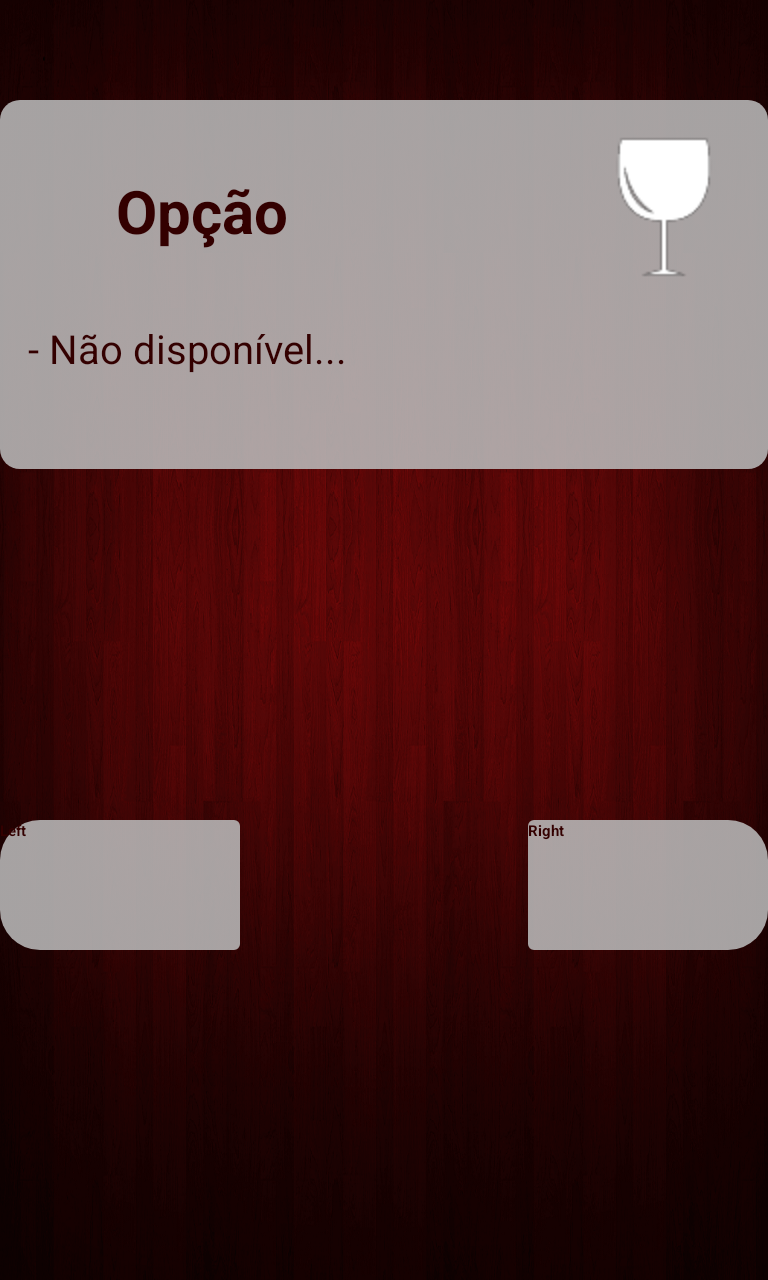
Repository: LuisFilipeDias/eMenu
Layout: SideMenuTutorial/res/layout/display_fragment.xml
These files come from the project's save history. The layout is drawn as it stood at one moment and after the next save; the edit follows.
It is drawn on a 768 x 1280 px phone screen (xhdpi) without system bars, with theme Theme.Sherlock; the app's code is not run.

Above is the layout before, as saved 2013-12-23 19:04:40.

### SideMenuTutorial/res/layout/display_fragment.xml
<LinearLayout xmlns:android="http://schemas.android.com/apk/res/android"
    xmlns:tools="http://schemas.android.com/tools"
    android:id="@+id/scrollView1"
    android:layout_width="match_parent"
    android:layout_height="match_parent"
	android:layout_marginLeft="15dp"
	android:layout_marginRight="15dp"
    android:orientation="vertical"
    android:background="@drawable/back_a"
    tools:context=".MainActivity" >

	<ScrollView
	    android:layout_width="match_parent"
	    android:layout_height="match_parent" >


    <RelativeLayout
        android:layout_width="match_parent"
        android:layout_height="match_parent">

	    <ScrollView
            android:id="@+id/display_scroll"
	        android:layout_width="match_parent"
	        android:layout_height="380dp" >

            <RelativeLayout
                android:id="@+id/display_ll_1"
                android:layout_width="match_parent"
                android:layout_height="wrap_content"
                android:layout_marginBottom="100dp"
                android:layout_marginTop="50dp"
                android:background="@drawable/center_clicked"
                android:orientation="vertical" >

                <TextView
                    android:id="@+id/bogus_ttl"
                    android:layout_width="202dp"
                    android:layout_height="wrap_content"
                    android:layout_marginBottom="20dp"
                    android:layout_marginTop="35dp"
                    android:layout_alignParentLeft="true"
                    android:gravity="center_horizontal|center_vertical"
                    android:text="@string/bogus_ttl"
                    android:textAppearance="?android:attr/textAppearanceLarge"
                    android:textColor="@color/brown"
                    android:textSize="30sp"
                    android:textStyle="bold" />

                <TextView
                    android:id="@+id/icon_title"
                    android:layout_width="75dp"
                    android:layout_height="75dp"
                    android:layout_alignParentRight="true"
                    android:layout_marginTop="15dp"
                    android:layout_marginRight="15dp"
                    android:background="@drawable/drink"
                    android:gravity="center_horizontal|center_vertical"
                    android:textAppearance="?android:attr/textAppearanceLarge"
                    android:textColor="@color/brown"
                    android:textSize="30sp"
                    android:textStyle="bold" />

                <RelativeLayout
                    android:id="@+id/disp_rel2"
                    android:layout_width="match_parent"
                    android:layout_height="wrap_content"
                    android:layout_marginTop="15dp"
                    android:orientation="vertical"
                    android:layout_below="@+id/bogus_ttl" >

                    <TextView
                        android:id="@+id/bogus_txt"
                        android:layout_width="wrap_content"
                        android:layout_height="wrap_content"
                        android:layout_alignParentLeft="true"
                        android:layout_alignParentTop="true"
                        android:layout_marginLeft="14dp"
                        android:maxWidth="230dp"
                        android:text="@string/bogus_txt"
                        android:textAppearance="?android:attr/textAppearanceLarge"
                        android:textColor="@color/brown"
                        android:textSize="20sp" />

                    <TextView
                        android:id="@+id/bogus_price"
                        android:layout_width="wrap_content"
                        android:layout_height="wrap_content"
                        android:layout_alignParentRight="true"
                        android:layout_alignParentTop="true"
                        android:layout_marginRight="14dp"
                        android:gravity="center_horizontal"
                        android:text="@string/bogus_price"
                        android:textAppearance="?android:attr/textAppearanceLarge"
                        android:textColor="@color/brown"
                        android:textSize="20sp"
                        android:textStyle="bold" />
                </RelativeLayout>
            </RelativeLayout>
    	</ScrollView>

	        <RelativeLayout
	            android:layout_marginTop="30dp"
	            android:layout_width="match_parent"
	            android:layout_height="match_parent"
	            android:layout_alignParentBottom="true"
	            android:layout_below="@+id/display_scroll" >

	            <Button
	                android:id="@+id/right_button"
	                android:text="@string/right_btn_txt"
                    android:textColor="@color/brown"
	                android:textStyle="bold"
	                android:layout_width="120dp"
	                android:layout_height="65dp"
	                android:background="@drawable/right_tri_clicked"
	                android:orientation="vertical"
	                android:layout_alignParentRight="true"
	                android:onClick="rightClicked" >
	            </Button>

	            <Button
	                android:id="@+id/left_button"
	                android:text="@string/left_btn_txt"
                    android:textColor="@color/brown"
	                android:textStyle="bold"
	                android:layout_width="120dp"
	                android:layout_height="65dp"
	                android:background="@drawable/left_tri_clicked"
	                android:orientation="vertical"
	                android:layout_alignParentLeft="true"
	                android:onClick="leftClicked" >
	            </Button>
        	</RelativeLayout>
    </RelativeLayout>
    </ScrollView>

</LinearLayout>

### SideMenuTutorial/res/drawable/center_clicked.xml
<?xml version="1.0" encoding="utf-8"?>
<selector xmlns:android="http://schemas.android.com/apk/res/android">
<!-- Button Focused-->
    <item   android:state_focused="true"
            android:state_pressed="false"
            android:drawable="@drawable/center_bg"
            />
<!-- Button Focused Pressed-->
    <item   android:state_focused="true"
            android:state_pressed="true"
            android:drawable="@drawable/center_bg"
            />
<!-- Button Pressed-->
    <item   android:state_focused="false"
            android:state_pressed="true"
            android:drawable="@drawable/center_bg"
            />
<!-- Button Default Image-->
    <item   android:drawable="@drawable/center_hover"/>

</selector>

### SideMenuTutorial/res/values/strings.xml
<?xml version="1.0" encoding="utf-8"?>
<resources>


    <string name="drawer_close">drawer_close</string>
    <string name="drawer_open">drawer_open</string>
    <string name="title_activity_fetch_database">title_activity_fetch_database</string>
    <string name="title_activity_main">Escolher Restaurante</string>
    <string name="title_activity_display">Escolher Opção</string>
    <string name="title_activity_menu">Restaurantes</string>
    <string name="title_display_activity">Escolher</string>
    <string name="action_settings">action_settings</string>
    <string name="Fragment1">Fragment1</string>
    <string name="Fragment2">Fragment2</string>
    <string name="Fragment3">Fragment3</string>
    <string name="hello_world">Hello</string>
    <string name="Fragment1">Fragment1</string>
    <string name="menu_settings">Definições</string>

    <string name="menu_txt">Menus</string>
    <string name="entry_txt">Entradas</string>
    <string name="meat_txt">Pratos de Carne</string>
    <string name="fish_txt">Pratos de peixe</string>
    <string name="others_txt">Outros Pratos</string>
    <string name="deserts_txt">Sobremesas</string>
    <string name="drinks_txt">Bebidas</string>

    <string name="app_name">eMenu</string>
    <string name="carte_ttl">Ementas</string>
    <string name="info_ttl">Informações</string>

    <string name="resumee_ttl">Resumo:</string>
    <string name="resumee_txt">.    Não definido    </string>
    <string name="website_ttl">Website:</string>
    <string name="website_txt">.    Não definido    </string>
    <string name="location_ttl">Localização:</string>
    <string name="location_txt">.    Não definido    </string>
    <string name="contacts_ttl">Contactos:</string>
    <string name="phone_txt">- Telefones -</string>
    <string name="email_txt">- Emails -</string>

    <string name="bogus_ttl">Opção</string>
    <string name="bogus_txt"> - Não disponível...\n\n</string>
    <string name="bogus_price"> </string>

    <string name="left_btn_txt">Left</string>
    <string name="right_btn_txt">Right</string>
</resources>

### SideMenuTutorial/res/values/colors.xml
<?xml version="1.0" encoding="utf-8"?>
<resources>
        <color name="background_color">#888888</color>
        <color name="text_color">#00FFFF</color>
        <color name="random_color">#0000FF</color>
        <color name="light_grey">#EBEBEB</color>
        <color name="medium_grey">#A0A0A0</color>
        <color name="dark_grey">#646464</color>
        <color name="light_red">#FFE2E2</color>
        <color name="medium_red">#FFB4B4</color>
        <color name="light_blue">#E2E2FF</color>
        <color name="medium_blue">#B4B4FF</color>
        <color name="dark_blue">#0000FF</color>
        <color name="light_green">#E2FFE2</color>
        <color name="medium_green">#B4FFB4</color>
        <color name="emenu_color">#9F9F9F</color>
        <color name="light_orange">#FFC983</color>
        <color name="medium_orange">#FFB778</color>
        <color name="light_yellow">#FFFFBF</color>
        <color name="medium_yellow">#FFFFA3</color>
        <color name="white">#FFFFFF</color>
        <color name="top_blue">#3399CC</color>
        <color name="brown">#330000</color>
</resources>

### SideMenuTutorial/res/drawable/right_tri_clicked.xml
<?xml version="1.0" encoding="utf-8"?>
<selector xmlns:android="http://schemas.android.com/apk/res/android">
<!-- Button Focused-->
    <item   android:state_focused="true"
            android:state_pressed="false"
            android:drawable="@drawable/right_tri_bg"
            />
<!-- Button Focused Pressed-->
    <item   android:state_focused="true"
            android:state_pressed="true"
            android:drawable="@drawable/right_tri_bg"
            />
<!-- Button Pressed-->
    <item   android:state_focused="false"
            android:state_pressed="true"
            android:drawable="@drawable/right_tri_bg"
            />
<!-- Button Default Image-->
    <item   android:drawable="@drawable/right_tri_hover"/>

</selector>

### SideMenuTutorial/res/drawable/left_tri_clicked.xml
<?xml version="1.0" encoding="utf-8"?>
<selector xmlns:android="http://schemas.android.com/apk/res/android">
<!-- Button Focused-->
    <item   android:state_focused="true"
            android:state_pressed="false"
            android:drawable="@drawable/left_tri_bg"
            />
<!-- Button Focused Pressed-->
    <item   android:state_focused="true"
            android:state_pressed="true"
            android:drawable="@drawable/left_tri_bg"
            />
<!-- Button Pressed-->
    <item   android:state_focused="false"
            android:state_pressed="true"
            android:drawable="@drawable/left_tri_bg"
            />
<!-- Button Default Image-->
    <item   android:drawable="@drawable/left_tri_hover"/>

</selector>

### SideMenuTutorial/res/drawable/left_tri_bg.xml
<?xml version="1.0" encoding="UTF-8"?>
<shape xmlns:android="http://schemas.android.com/apk/res/android">
<!--this is to give gradient effect -->
<gradient   android:angle="270"
            android:startColor="#FFFFFFFF"
            android:endColor="#FFFFFFFF"
            />
<!-- this is make corners of button rounded -->
<corners    android:topLeftRadius="20dip"
               android:bottomRightRadius="3dip"
               android:topRightRadius="3dip"
               android:bottomLeftRadius="20dip"/>

</shape>

### SideMenuTutorial/res/drawable/left_tri_hover.xml
<?xml version="1.0" encoding="UTF-8"?>
<shape xmlns:android="http://schemas.android.com/apk/res/android">
<!--this is to give gradient effect -->
<gradient   android:angle="270"
               android:startColor="#DDBBBBBB"
               android:endColor="#DDBBBBBB"
               />
<!-- this is make corners of button rounded -->
<corners    android:topLeftRadius="20dip"
               android:bottomRightRadius="3dip"
               android:topRightRadius="3dip"
               android:bottomLeftRadius="20dip"/>

</shape>

### SideMenuTutorial/res/drawable/right_tri_bg.xml
<?xml version="1.0" encoding="UTF-8"?>
<shape xmlns:android="http://schemas.android.com/apk/res/android">
<!--this is to give gradient effect -->
<gradient   android:angle="270"
            android:startColor="#FFFFFFFF"
            android:endColor="#FFFFFFFF"
            />
<!-- this is make corners of button rounded -->
<corners    android:topLeftRadius="3dip"
               android:bottomRightRadius="20dip"
               android:topRightRadius="20dip"
               android:bottomLeftRadius="3dip"/>

</shape>

### SideMenuTutorial/res/drawable/right_tri_hover.xml
<?xml version="1.0" encoding="UTF-8"?>
<shape xmlns:android="http://schemas.android.com/apk/res/android">
<!--this is to give gradient effect -->
<gradient   android:angle="270"
               android:startColor="#DDBBBBBB"
               android:endColor="#DDBBBBBB"
               />
<!-- this is make corners of button rounded -->
<corners    android:topLeftRadius="3dip"
               android:bottomRightRadius="20dip"
               android:topRightRadius="20dip"
               android:bottomLeftRadius="3dip"/>

</shape>

### SideMenuTutorial/res/drawable/center_bg.xml
<?xml version="1.0" encoding="UTF-8"?>
<shape xmlns:android="http://schemas.android.com/apk/res/android">
<!--this is to give gradient effect -->
<gradient   android:angle="270"
            android:startColor="#FFFFFFFF"
            android:endColor="#FFFFFFFF"
            />
<!-- this is make corners of button rounded -->
<corners    android:topLeftRadius="10dip"
               android:bottomRightRadius="10dip"
               android:topRightRadius="10dip"
               android:bottomLeftRadius="10dip"/>

</shape>

### SideMenuTutorial/res/drawable/center_hover.xml
<?xml version="1.0" encoding="UTF-8"?>
<shape xmlns:android="http://schemas.android.com/apk/res/android">
<!--this is to give gradient effect -->
<gradient   android:angle="270"
               android:startColor="#DDBBBBBB"
               android:endColor="#DDBBBBBB"
               />
<!-- this is make corners of button rounded -->
<corners    android:topLeftRadius="10dip"
               android:bottomRightRadius="10dip"
               android:topRightRadius="10dip"
               android:bottomLeftRadius="10dip"/>

</shape>

After the next save:
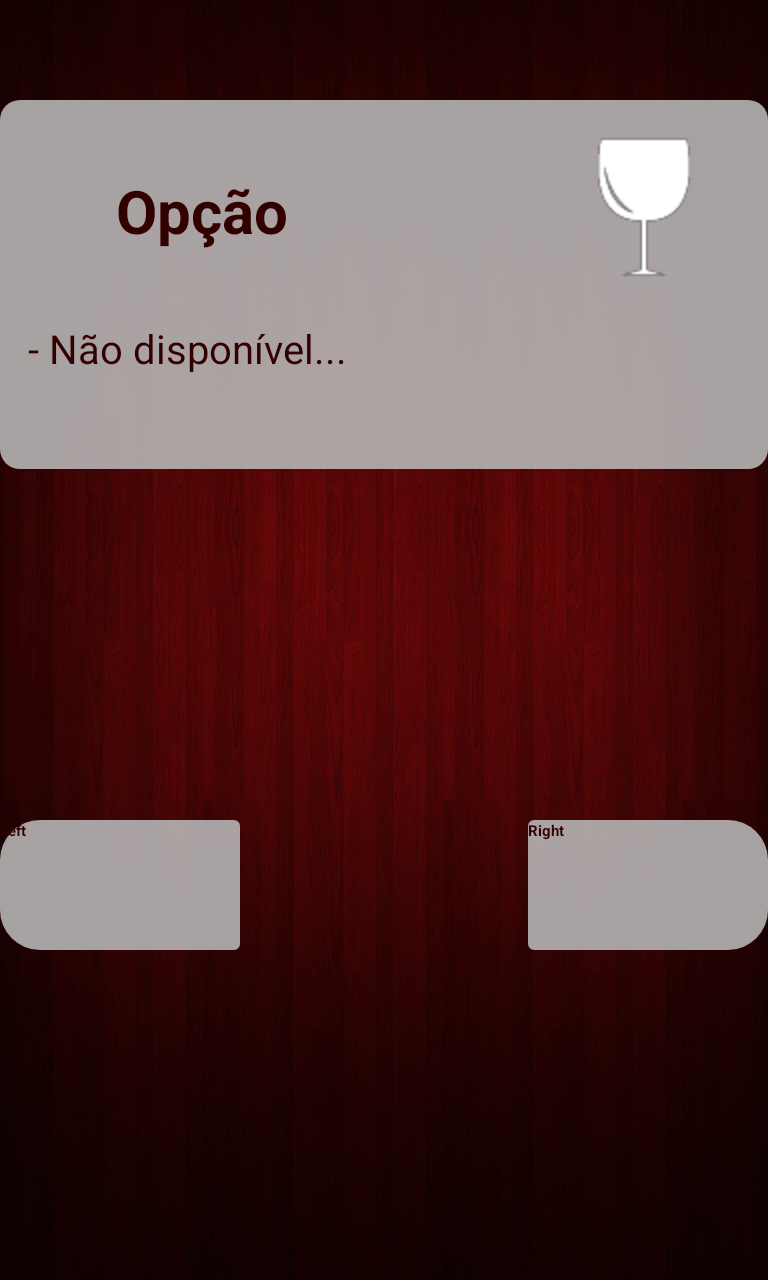
Saved 43 s later.
--- a/SideMenuTutorial/res/layout/display_fragment.xml
+++ b/SideMenuTutorial/res/layout/display_fragment.xml
@@ -52,7 +52,7 @@
                     android:layout_height="75dp"
                     android:layout_alignParentRight="true"
                     android:layout_marginTop="15dp"
-                    android:layout_marginRight="15dp"
+                    android:layout_marginRight="25dp"
                     android:background="@drawable/drink"
                     android:gravity="center_horizontal|center_vertical"
                     android:textAppearance="?android:attr/textAppearanceLarge"
